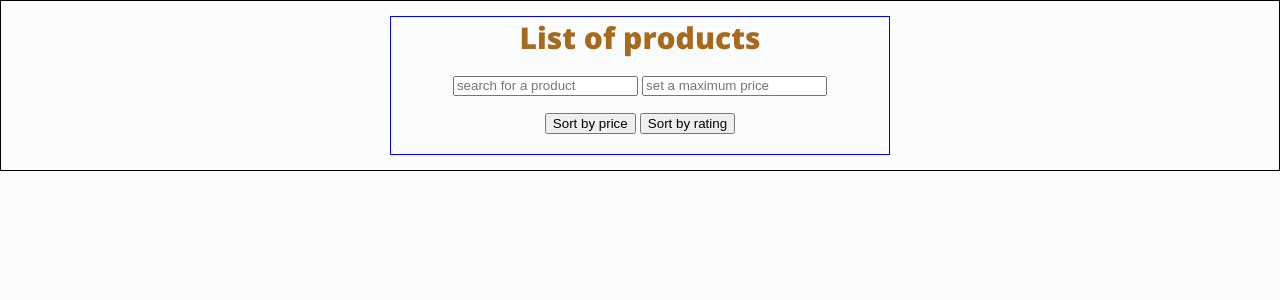
Repository: andrii1/hyf-homework
Page: javascript/javascript2/week2/hyf-bay/index.html
An editor plug-in stored every save of this project. The page is shown before and after the next save, followed by the edit.
The browser window is 1280 px wide. The pictures show the whole page.

Above is the page before, as saved 2022-07-06 12:29:12.

After the next save:
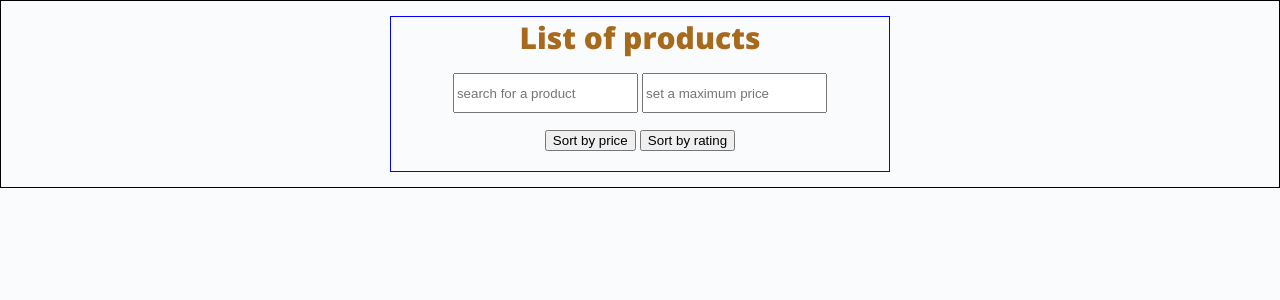
Saved 6 min 30 s later.
--- a/javascript/javascript2/week2/hyf-bay/main.css
+++ b/javascript/javascript2/week2/hyf-bay/main.css
@@ -46,5 +46,5 @@ form {
 }
 
 input[type=text] {
-  height: 20px;
+  height: 40px;
 }
